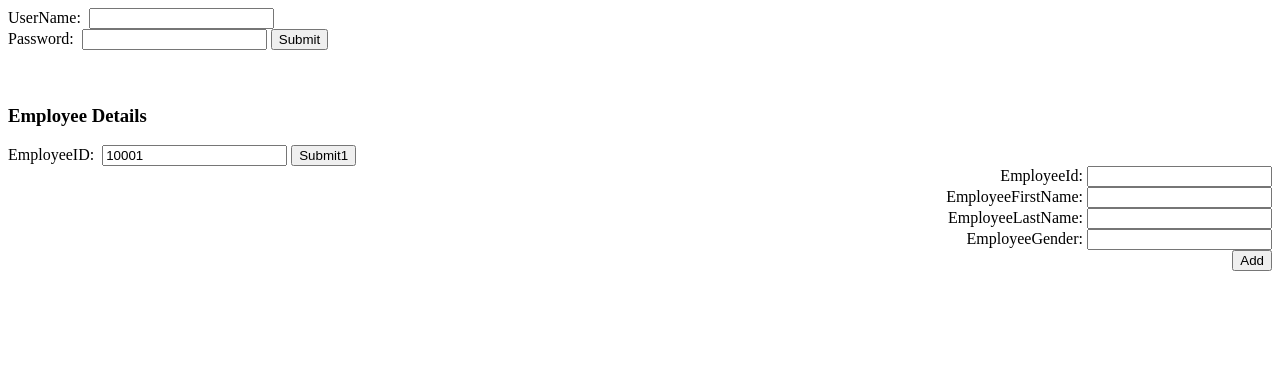
Repository: sandeep27y/MavenWebAppMultiModule-Servlets
Page: http://localhost/EmployeeApplication/LogIn.jsp
These files come from the project's save history. The page is drawn as it stood at one moment and after the next save; the edit follows.
The browser window is 1280 px wide. The pictures show the whole page.
The page is served by Tomcat 9. Other server files are loaded and not shown.

Above is the page before, as saved 2017-06-10 19:48:45.

### MavenWebAppMultiModule-Servlets/EmployeeMultiModule/EmployeeApplication/src/main/webapp/LogIn.jsp
<%@ page language="java" contentType="text/html; charset=ISO-8859-1"
    pageEncoding="ISO-8859-1"%>
<!DOCTYPE html PUBLIC "-//W3C//DTD HTML 4.01 Transitional//EN" "http://www.w3.org/TR/html4/loose.dtd">
<html>
<head>
<meta http-equiv="Content-Type" content="text/html; charset=ISO-8859-1">
<title>Insert title here</title>
</head>
<body>
<form action="/EmployeeApplication/employeelogin.do" method="post">
UserName: &nbsp;<input type="text" name="username"><br>
Password: &nbsp;<input type="password" name="password">
<input type="Submit" value="Submit"><br>
</form>
<br><br>
<div align="left">
<form action="/EmployeeApplication/EmployeeInfromation.do" method="post">
<h3>Employee Details</h3>
EmployeeID: &nbsp;<input type="text" name="employeeId" value="10001">
<input type="Submit" value="Submit1"><br>
</form>
</div>
<div align="right">
<form action="/EmployeeApplication/add" method="post">
EmployeeId: <input type="text" name="employeeId"><br>
EmployeeFirstName: <input type="text" name="firstName"><br>
EmployeeLastName: <input type="text" name="lastName"><br>
EmployeeGender: <input type="text" name="gender"><br>
<input type="submit" value="Add">
</div>
</form>
</body>
</html>

After the next save:
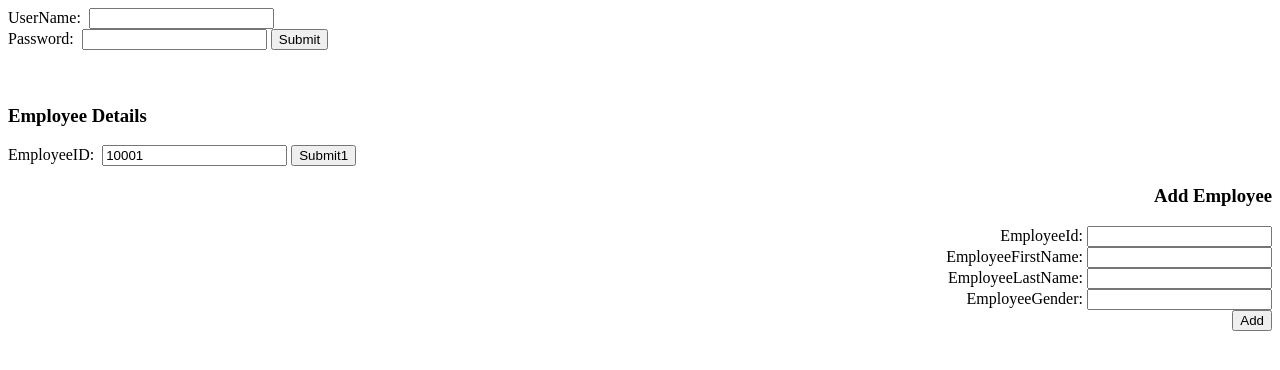
Saved 61 s later.
--- a/MavenWebAppMultiModule-Servlets/EmployeeMultiModule/EmployeeApplication/src/main/webapp/LogIn.jsp
+++ b/MavenWebAppMultiModule-Servlets/EmployeeMultiModule/EmployeeApplication/src/main/webapp/LogIn.jsp
@@ -22,6 +22,7 @@ EmployeeID: &nbsp;<input type="text" name="employeeId" value="10001">
 </div>
 <div align="right">
 <form action="/EmployeeApplication/add" method="post">
+<h3>Add Employee</h3>
 EmployeeId: <input type="text" name="employeeId"><br>
 EmployeeFirstName: <input type="text" name="firstName"><br>
 EmployeeLastName: <input type="text" name="lastName"><br>
